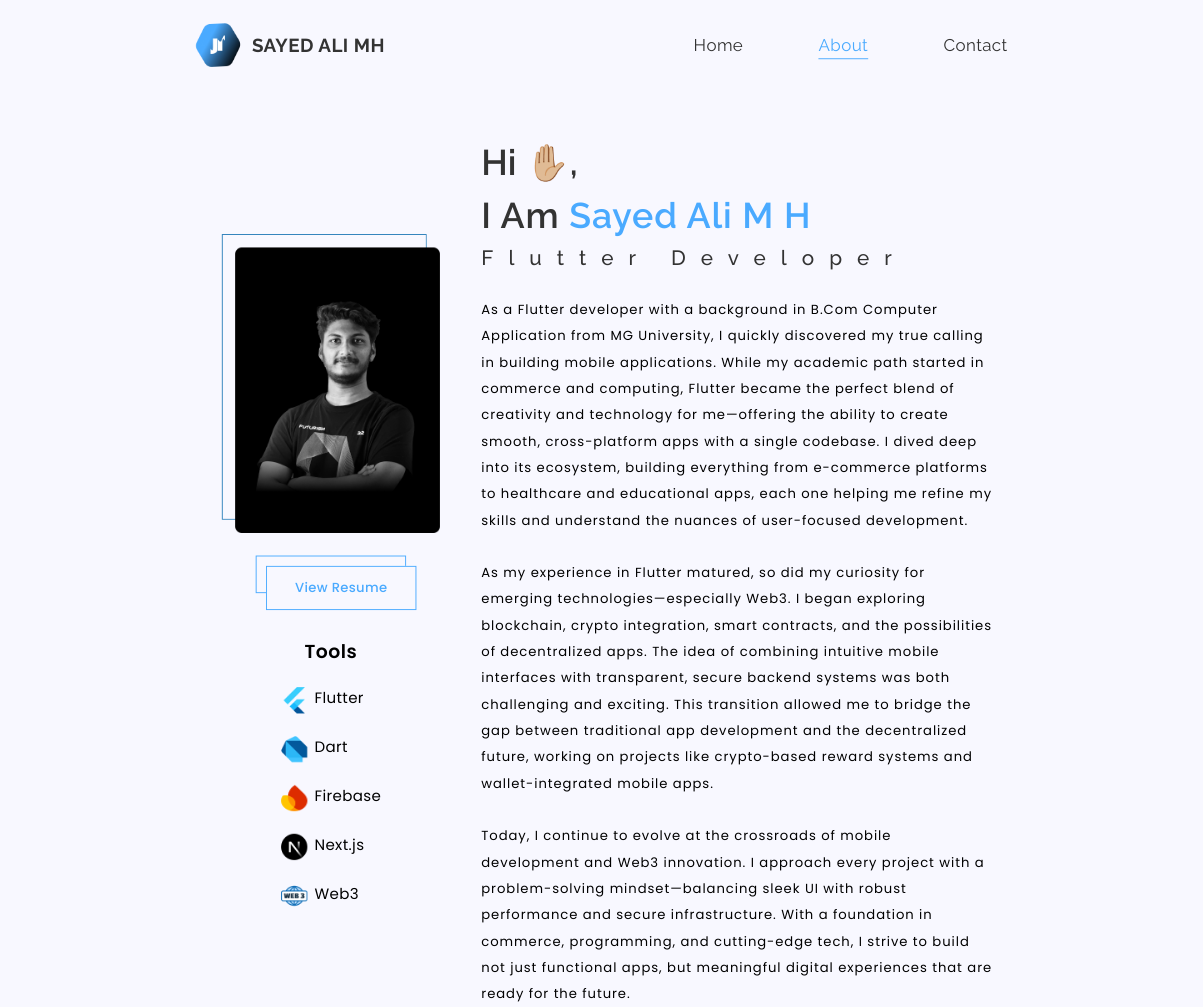
Repository: sayedali-2129/sayedali-portfolio
Page: /about
The author's editor kept a copy of each file at every save. The page is drawn from the files as they stood at one save, then again after the next save.
The browser window is 1280 px wide. The pictures show the whole page, at 94% of full size.
The project was rebuilt for these pictures with package versions that can differ from the ones it lists, and the page was loaded fresh each time. The framework's server and built-in components were replaced by stand-ins that run in the browser. Also part of the build but not shown: next.config.ts.

Above is the page before, as saved 2025-05-25 17:53:08.

After the next save:
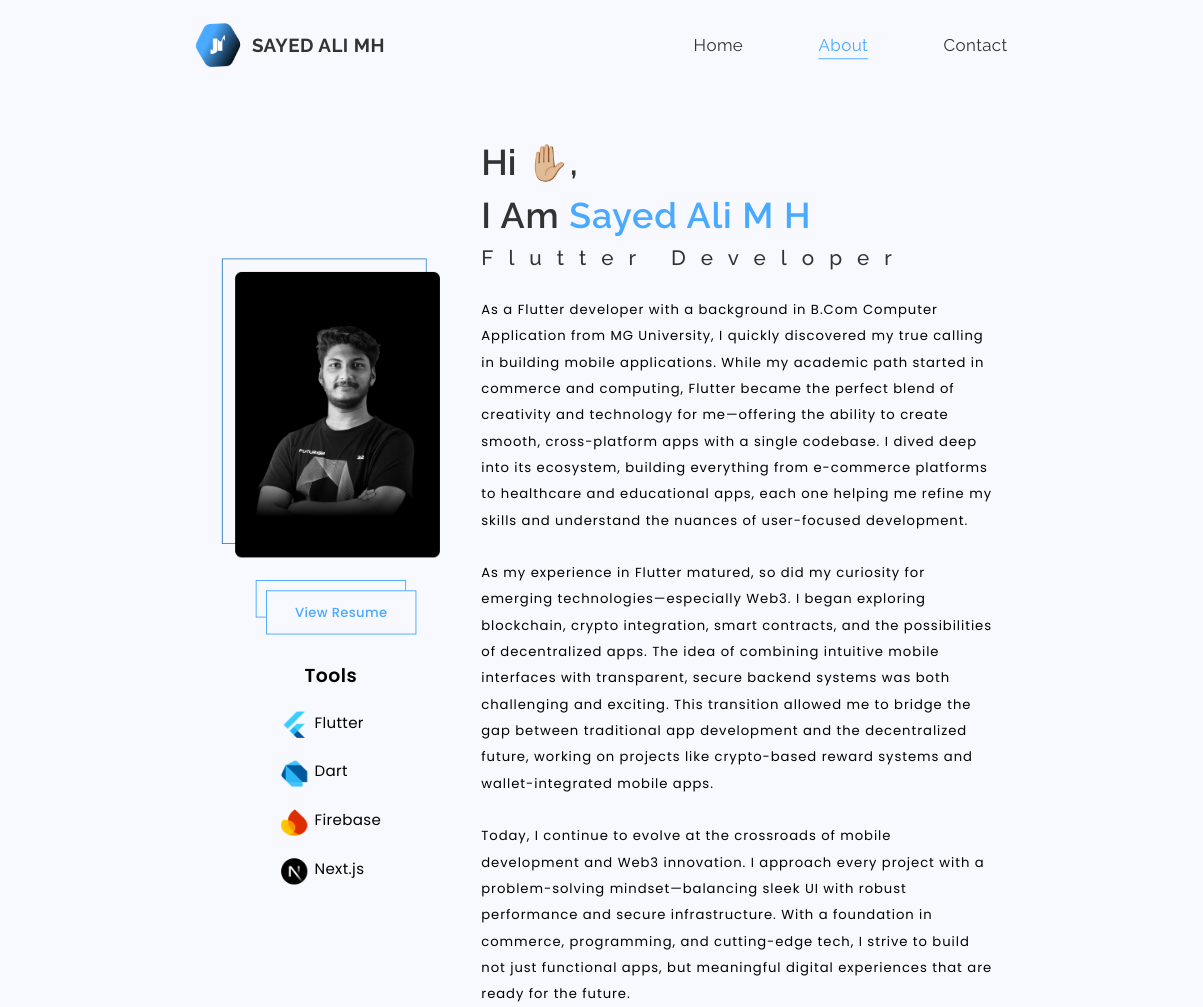
Saved 45 s later.
--- a/src/features/about/components/AboutBody.tsx
+++ b/src/features/about/components/AboutBody.tsx
@@ -2,7 +2,6 @@
 import FirebaseIcon from "@/assets/icons/firebase-icon.png";
 import FlutterIcon from "@/assets/icons/flutter-icon.png";
 import NextIcon from "@/assets/icons/nextjs-icon.png";
-import Web3Icon from "@/assets/icons/web-3-icon.png";
 import SayedAli from "@/assets/images/sayed ali.png";
 import Image from "next/image";
 
@@ -86,20 +85,6 @@
               </h4>
             </li>
           </ul>
-          <ul className="mt-6 flex gap-2">
-            <li>
-              <Image
-                src={Web3Icon}
-                alt="Web3"
-                className="md:w-7 w-6 md:h-7 h-6"
-              />
-            </li>
-            <li>
-              <h4 className=" font-PoppinsRegular tracking-wide text-base">
-                Web3
-              </h4>
-            </li>
-          </ul>
         </div>
       </div>
       {/* right section */}
